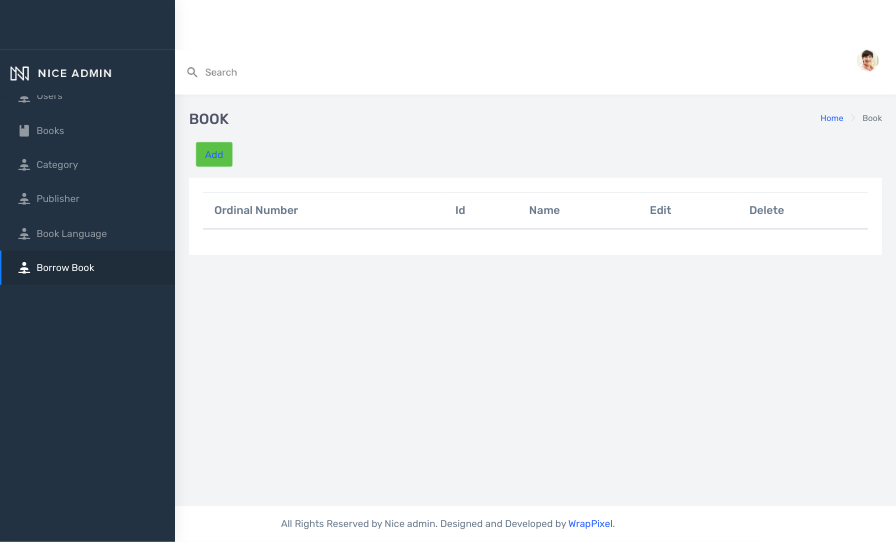
Repository: dev1xc/library-management-system
Page: http://localhost/admin/borrow-book
The author's editor kept a copy of each file at every save. The page is drawn from the files as they stood at one save, then again after the next save.
The browser window is 1280 px wide. The pictures show the part of the page from y = 0 to 1920 px (the page is 774 px tall before and 3390 px after), at 70% of full size.
The page is served by the project's Laravel application, run on PHP 8.4 with Laravel 10. The first stored user is signed in. The database holds what the project's SQL file puts in it. Queries for data that is not in the repository find no rows.

Above is the page before, as saved 2024-02-08 08:37:50.
Console error: TypeError: Cannot read properties of null (reading 'querySelector')

After the next save:
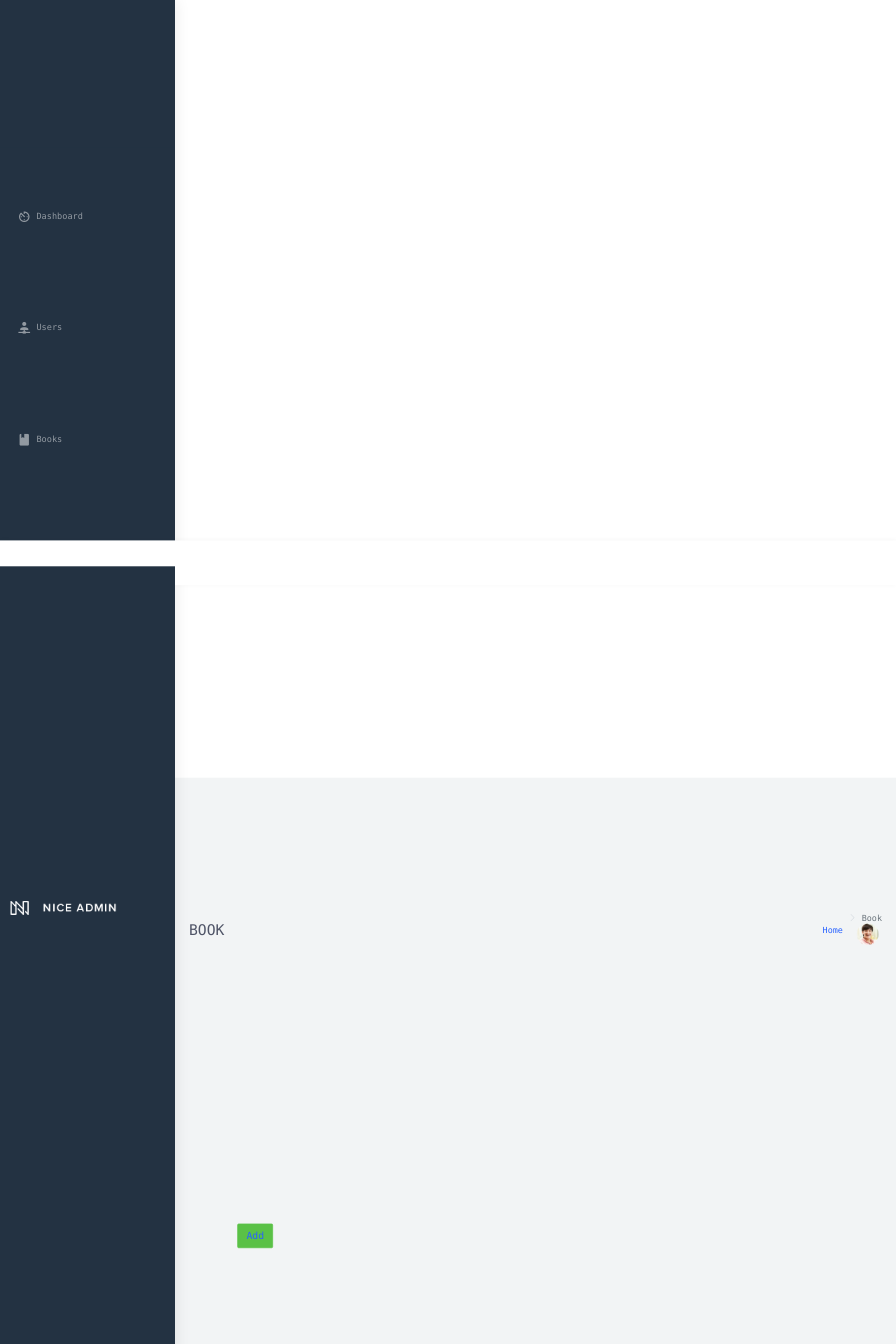
Saved 25 s later.
--- a/resources/views/admin/functions/borrow/index.blade.php
+++ b/resources/views/admin/functions/borrow/index.blade.php
@@ -2,7 +2,6 @@
 @php
     echo '<pre>';
     print_r($data);
-    echo '</pre>';
 @endphp
 @section('content')
   @php

After the save that followed:
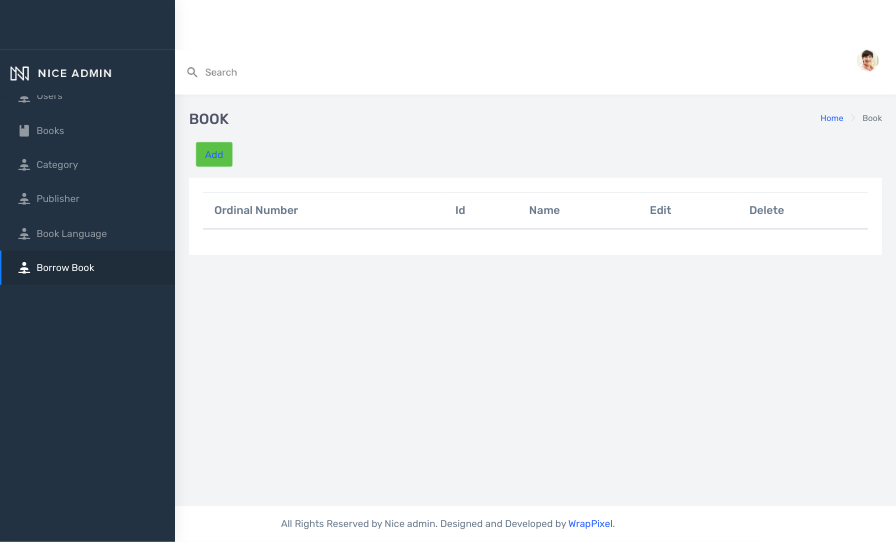
Saved 4 s later.
--- a/resources/views/admin/functions/borrow/index.blade.php
+++ b/resources/views/admin/functions/borrow/index.blade.php
@@ -2,6 +2,7 @@
 @php
     echo '<pre>';
     print_r($data);
+    echo '</pre>';
 @endphp
 @section('content')
   @php
